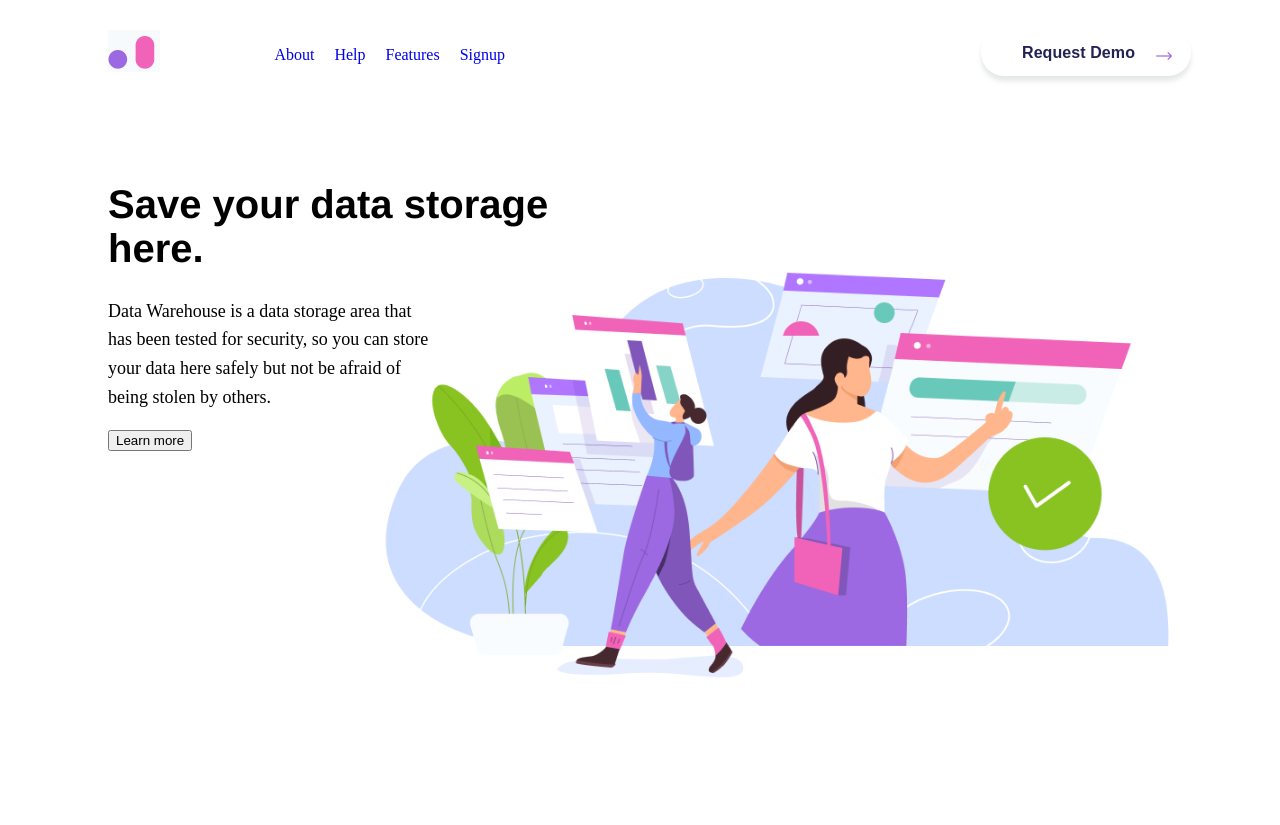
Repository: batonAnton/HW6_flexbox
Page: index.html
An editor plug-in stored every save of this project. The page is shown before and after the next save, followed by the edit.
The browser window is 1280 px wide. The pictures show the whole page.
Some web fonts or font styles are not loaded; a fallback is used.

Above is the page before, as saved 2022-06-18 10:59:47.

After the next save:
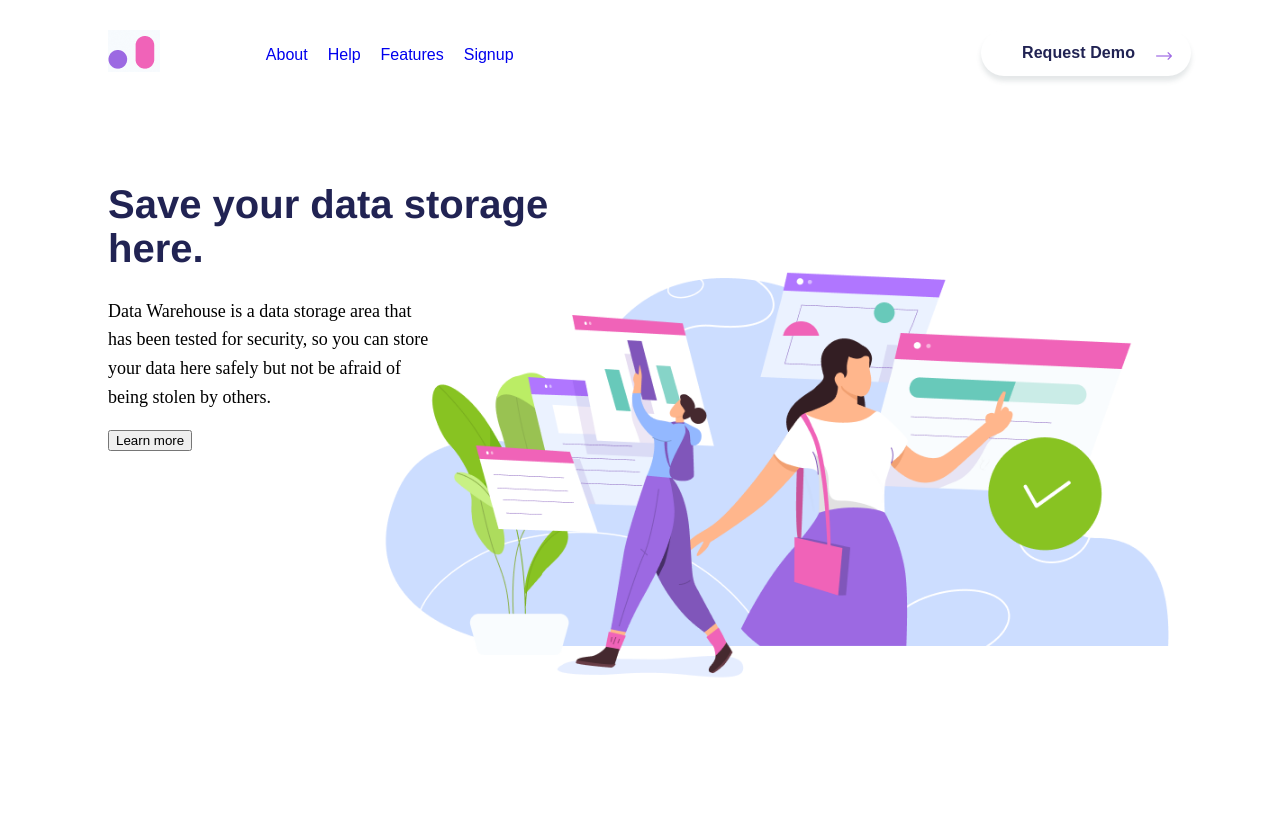
Saved 28 s later.
--- a/css/style.css
+++ b/css/style.css
@@ -8,9 +8,10 @@ header {
   margin: 30px 100px;
   justify-content: space-between;
   /* border: 1px solid gray; */
-  /* font-family: "Avenir", Helvetica, sans-serif; */
+ font-family: Arial, Helvetica, sans-serif;
   font-size: 16px;
 }
+
 
 nav {
   margin-right: 40%;
@@ -31,6 +32,11 @@ nav ul li a {
 .header-btn {
   display: flex;
   justify-content: center;
+}
+
+.section h1{
+    color:#212353;
+    font-weight: 700;
 }
 
 .header-btn button {
@@ -72,6 +78,10 @@ button:hover {
   overflow: hidden;
 }
 
+.section p{
+    font-family: Helvetica, sans-serif;
+}
+
 .info {
   width: 50%;
 }
